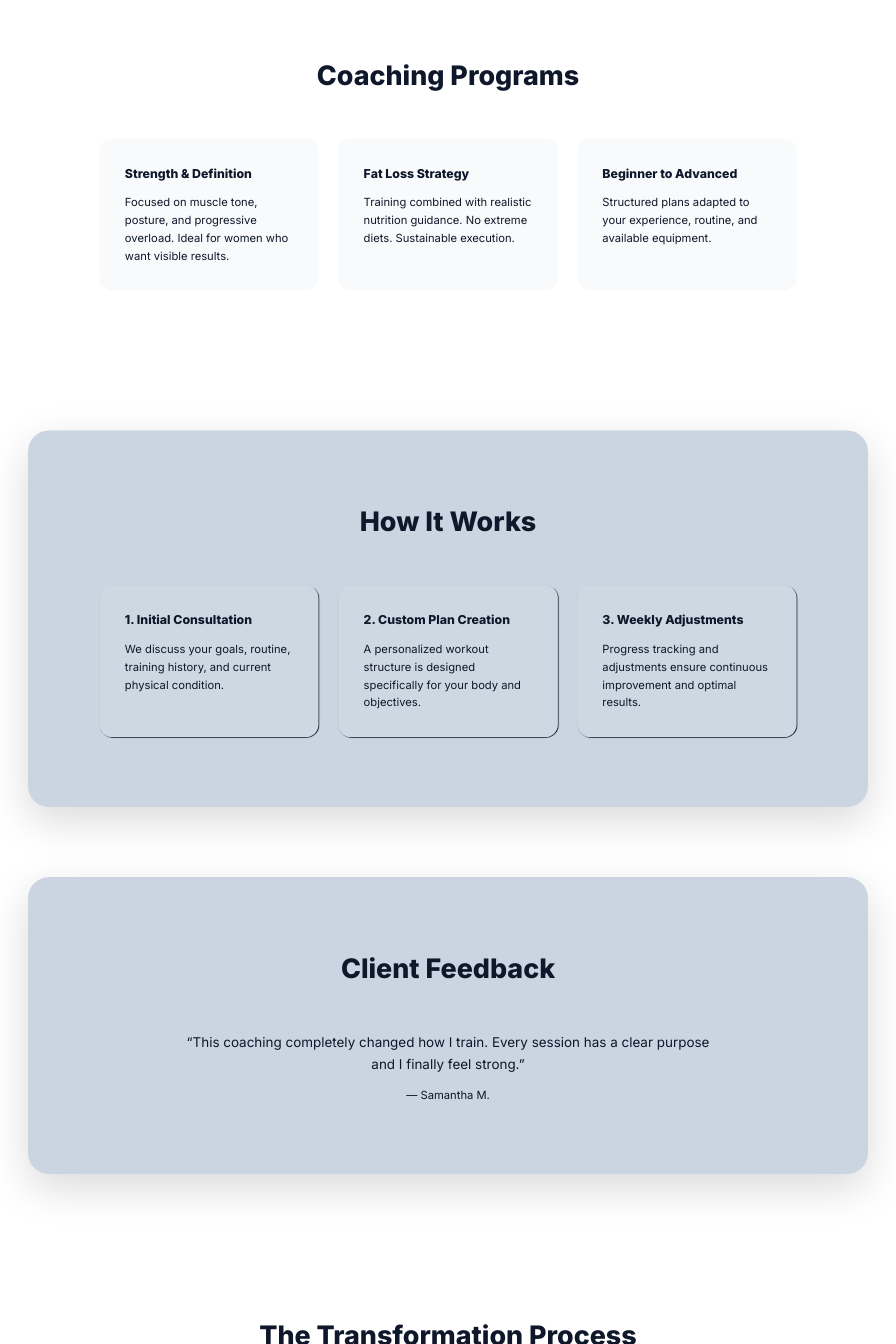
Repository: davidfsillva/Hailey-Reed-Coaching
Page: index.html
The author's editor kept a copy of each file at every save. The page is drawn from the files as they stood at one save, then again after the next save.
The browser window is 1280 px wide. The pictures show the part of the page from y = 1250 to 3170 px (the page is 5223 px tall), at 70% of full size.

Above is the page before, as saved 2026-02-11 18:26:30.

### index.html
<!DOCTYPE html>
<html lang="en">
<head>
  <meta charset="UTF-8" />
  <meta name="viewport" content="width=device-width, initial-scale=1.0" />
  <title>Personal Trainer | Online Coaching</title>
  <link rel="stylesheet" href="style.css" />
  <link rel="preconnect" href="https://fonts.googleapis.com">
  <link rel="preconnect" href="https://fonts.gstatic.com" crossorigin>
  <link href="https://fonts.googleapis.com/css2?family=Inter:wght@400;600;800&display=swap" rel="stylesheet">
</head>
<body>

<header class="hero">
  <nav class="nav">
    <h1 class="logo">Hailey Reed</h1>
    <div class="nav-links">
      <a href="#programs">Programs</a>
      <a href="#results">Results</a>
      <a href="#contact">Contact</a>
    </div>
  </nav>

  <img class="hero-img" src="img/Photoroom_20260211_45117 PM.png" alt="Trainer" />

  <div class="hero-gradient"></div>

  <div class="hero-content">
    <div class="hero-text">
      <h2 class="hero-title">
        Stronger.<br>
        Healthier.<br>
        Focused.
      </h2>
      <p>
        Evidence-based training designed for women who <br>
        want real strength, visible definition, and long-term <br>
        consistency — without wasting time.
      </p>
      <div class="cta-group">
        <a href="https://wa.me/5599999999999" target="_blank" class="btn primary">
          WhatsApp Consultation
        </a>
      </div>
    </div>

    <div class="hero-card">
      <span class="tag">Online Coaching</span>
      <h3>Personalized Training System</h3>
      <p>
        Custom workouts, progress tracking, weekly adjustments
        and direct communication with me.
      </p>
    </div>
  </div>
</header>

<!-- ABOUT SECTION -->
<section class="section">
  <h3>About Hailey</h3>
  <div class="testimonial">
    <p>
      With over 8 years of experience in strength training and female body
      recomposition, I specialize in helping women build confidence through
      structured and science-based training.
    </p>
    <p>
      My philosophy is simple: smart programming, proper execution,
      and long-term sustainability. No extremes. Just real results.
    </p>
  </div>
</section>

<section id="programs" class="section">
  <h3>Coaching Programs</h3>

  <div class="cards">
    <div class="card">
      <h4>Strength & Definition</h4>
      <p>
        Focused on muscle tone, posture, and progressive overload.
        Ideal for women who want visible results.
      </p>
    </div>

    <div class="card">
      <h4>Fat Loss Strategy</h4>
      <p>
        Training combined with realistic nutrition guidance.
        No extreme diets. Sustainable execution.
      </p>
    </div>

    <div class="card">
      <h4>Beginner to Advanced</h4>
      <p>
        Structured plans adapted to your experience, routine,
        and available equipment.
      </p>
    </div>
  </div>
</section>

<!-- HOW IT WORKS -->
<section class="section dark">
  <h3>How It Works</h3>

  <div class="cards">
    <div class="card">
      <h4>1. Initial Consultation</h4>
      <p>
        We discuss your goals, routine, training history,
        and current physical condition.
      </p>
    </div>

    <div class="card">
      <h4>2. Custom Plan Creation</h4>
      <p>
        A personalized workout structure is designed
        specifically for your body and objectives.
      </p>
    </div>

    <div class="card">
      <h4>3. Weekly Adjustments</h4>
      <p>
        Progress tracking and adjustments ensure continuous
        improvement and optimal results.
      </p>
    </div>
  </div>
</section>

<section id="results" class="section dark">
  <h3>Client Feedback</h3>

  <div class="testimonial">
    <p>
      “This coaching completely changed how I train.
      Every session has a clear purpose and I finally feel strong.”
    </p>
    <span>— Samantha M.</span>
  </div>
</section>

<!-- TRANSFORMATION PROCESS -->
<section class="section">
  <h3>The Transformation Process</h3>

  <div class="testimonial">
    <p>
      Sustainable transformation is not about intensity —
      it's about consistency.
    </p>
    <p>
      Through progressive overload, intelligent recovery,
      and realistic nutrition, we create measurable and lasting results.
    </p>
  </div>
</section>

<!-- FAQ -->
<section class="section">
  <h3>Frequently Asked Questions</h3>

  <div class="cards">
    <div class="card">
      <h4>Do I need gym access?</h4>
      <p>
        Not necessarily. Programs can be adapted for home training
        with minimal equipment.
      </p>
    </div>

    <div class="card">
      <h4>Is nutrition included?</h4>
      <p>
        Yes. You receive structured guidance focused on sustainable habits,
        not restrictive diets.
      </p>
    </div>

    <div class="card">
      <h4>How long until I see results?</h4>
      <p>
        Most clients notice strength improvements within weeks
        and visible body changes within 8–12 weeks.
      </p>
    </div>
  </div>
</section>

<section id="contact" class="section">
  <h3>Start Your Training</h3>
  <p class="contact-text">
    If you’re serious about improving your body composition
    and performance, let’s talk.
  </p>

  <div class="cta-group center">
    <a href="https://wa.me/5599999999999" target="_blank" class="btn primary">
      Message on WhatsApp
    </a>
    <a href="https://instagram.com/seuinstagram" target="_blank" class="btn secondary">
      Visit Instagram
    </a>
  </div>
</section>

<!-- FINAL CTA SECTION -->
<section class="section dark">
  <div class="testimonial">
    <h3>Ready to Transform?</h3>
    <p>
      Your strongest, healthiest version starts with a decision.
      Let’s build it together.
    </p>
    <div class="cta-group center">
      <a href="https://wa.me/5599999999999" target="_blank" class="btn primary">
        Apply for Coaching
      </a>
    </div>
  </div>
</section>

<footer class="footer">
  <p>© 2026 FitFlow Coaching. All rights reserved.</p>
</footer>

<script src="script.js"></script>
</body>
</html>

### style.css
:root {
  --pink: #f07aa5;
  --blue: #2e8bc0;
  --dark: #0f172a;
  --light: #ffffff;
  --muted: #cbd5e1;
}

/* ================= RESET ================= */
* {
  margin: 0;
  padding: 0;
  box-sizing: border-box;
  font-family: 'Inter', sans-serif;
}

body {
  background: var(--light);
  color: var(--dark);
  line-height: 1.6;
}

/* ================= HERO ================= */
.hero {
  position: relative;
  min-height: 100vh;
  padding: 32px 8%;
  color: white;
  overflow: hidden;
}

/* IMAGEM */
.hero-img {
  position: absolute;
  top: 50%;
  left: 50%;
  transform: translate(-50%, -50%);
  width: 60%;
  max-width: 500px;
  height: auto;
  z-index: 2;
}

/* GRADIENTE */
.hero-gradient {
  position: absolute;
  inset: 0;
  background: linear-gradient(
    120deg,
    rgba(240,122,165,0.85),
    rgba(46,139,192,0.85)
  );
  z-index: 1;
}

/* CONTEÚDO */
.hero-content {
  position: relative;
  z-index: 5;
}

/* TEXTO */
.hero-text {
  display: flex;
  flex-direction: column;
  justify-content: center;
  height: 85vh;
  max-width: 550px;
}

.hero-title {
  font-size: clamp(2.8rem, 5vw, 4.5rem);
  line-height: 1.05;
  margin-bottom: 24px;
}

.hero-text p {
  max-width: 480px;
  font-size: 1rem;
  color: #f1f5f9;
}

/* BLUR INFERIOR */
.hero::after {
  content: "";
  position: absolute;
  bottom: 0;
  left: 0;
  width: 100%;
  height: 120px;
  backdrop-filter: blur(6px);
  -webkit-backdrop-filter: blur(6px);
  mask-image: linear-gradient(to top, black 40%, transparent 100%);
  pointer-events: none;
  z-index: 3;
}

/* ================= BOTÕES ================= */
.cta-group {
  display: flex;
  gap: 16px;
  margin-top: 32px;
  flex-wrap: wrap;
}

.btn {
  padding: 14px 26px;
  border-radius: 999px;
  font-weight: 600;
  text-decoration: none;
  transition: 0.3s ease;
  display: inline-block;
}

.btn.primary {
  background: linear-gradient(120deg, var(--pink), var(--blue));
  color: white;
  background-size: 200% 200%;
  transition: all 0.4s ease;
}

.btn.primary:hover {
  background-position: right center;
  transform: translateY(-4px);
  box-shadow: 0 10px 25px rgba(240,122,165,0.3);
}

.btn.secondary {
  background: transparent;
  color: var(--dark);
  border: 1px solid var(--dark);
  transition: all 0.3s ease;
}

.btn.secondary:hover {
background: linear-gradient(120deg, var(--pink), var(--blue));  color: white;
  transform: translateY(-3px);
}


/* ================= HERO CARD ================= */
.hero-card {
  position: absolute;
  top: 42%;
  right: 8%;
  width: 300px;
  background: rgba(255,255,255,0.15);
  backdrop-filter: blur(18px);
  padding: 32px;
  border-radius: 20px;
  z-index: 4;
}

.hero-card {
  position: absolute;
  top: 42%;
  right: 3%;
  width: 300px;
}



.hero-card h3 {
  margin: 12px 0;
}

/* ================= NAVBAR ================= */
.nav {
  position: relative;
  z-index: 10;
  display: flex;
  justify-content: space-between;
  align-items: center;
}

.logo {
  font-weight: 800;
  font-size: 1.4rem;
}

.nav-links a {
  position: relative;
  color: white;
  margin-left: 24px;
  text-decoration: none;
  font-weight: 500;
  padding-bottom: 4px;
}

.nav-links a::after {
  content: "";
  position: absolute;
  left: 0;
  bottom: 0;
  width: 0%;
  height: 2px;
  background: white;
  transition: width 0.3s ease;
}

.nav-links a:hover::after {
  width: 100%;
}

/* ================= SECTIONS ================= */
.section {
  padding: 100px 8%;
  max-width: 1200px;
  margin: auto;
}

.section h3 {
  font-size: 2.4rem;
  margin-bottom: 60px;
  text-align: center;
}

.cards {
  display: grid;
  grid-template-columns: repeat(auto-fit, minmax(260px, 1fr));
  gap: 28px;
}

.card {
  background: #f8fafc;
  padding: 36px;
  border-radius: 18px;
  transition: 0.3s ease;
}

.card:hover {
  transform: translateY(-6px);
}

.card h4 {
  margin-bottom: 14px;
  font-size: 1.1rem;
}

/* ================= DARK SECTIONS ================= */
.dark {
  background: var(--muted);
  border-radius: 30px;
  color: var(--dark);
  margin: 100px auto;
  padding: 100px 8%;
  box-shadow: 0 20px 60px rgba(0,0,0,0.15);
}


.dark .card {
  background: rgba(255,255,255,0.06);
  color: var(--dark);
  box-shadow: 1px 1px 1px;
}

.dark .card:hover {
  background: rgba(255,255,255,0.1);
}

/* ================= TESTIMONIAL ================= */
.testimonial {
  max-width: 750px;
  margin: auto;
  text-align: center;
}

.testimonial p {
  font-size: 1.2rem;
  margin-bottom: 16px;
}

.contact-text {
  text-align: center;
  max-width: 520px;
  margin: 0 auto 32px;
}

.center {
  justify-content: center;
}

/* ================= FOOTER ================= */
.footer {
  padding: 32px;
  text-align: center;
  background: #020617;
  color: var(--muted);
  font-size: 0.85rem;
}

/* ================= RESPONSIVE ================= */
@media (max-width: 1024px) {

  .hero-card {
    position: relative;
    top: unset;
    right: unset;
    margin-top: 40px;
    width: 100%;
    max-width: 400px;
  }

  .hero-text {
    height: auto;
    text-align: center;
    margin-top: 80px;
  }

  .hero-text p {
    margin: auto;
  }

  .hero-img {
    width: 75%;
  }
}

@media (max-width: 768px) {

  .nav {
    flex-direction: column;
    gap: 16px;
  }

  .nav-links a {
    margin-left: 0;
  }

  .hero-img {
    width: 90%;
  }

  .hero-title {
    font-size: 2.4rem;
  }

  .section {
    padding: 80px 6%;
  }
}

@media (max-width: 480px) {

  .hero {
    padding: 24px 6%;
  }

  .btn {
    width: 100%;
    text-align: center;
  }

  .cta-group {
    flex-direction: column;
  }
}

### script.js
// ===============================
// SMOOTH SCROLL
// ===============================
document.querySelectorAll('a[href^="#"]').forEach(anchor => {
  anchor.addEventListener('click', function (e) {
    e.preventDefault();
    document.querySelector(this.getAttribute('href'))
      .scrollIntoView({ behavior: 'smooth' });
  });
});


// ===============================
// NAVBAR SCROLL EFFECT
// ===============================
const nav = document.querySelector(".nav");

window.addEventListener("scroll", () => {
  if (window.scrollY > 50) {
    nav.style.background = "rgba(15, 23, 42, 0.85)";
    nav.style.backdropFilter = "blur(10px)";
    nav.style.padding = "16px 8%";
    nav.style.transition = "0.3s ease";
  } else {
    nav.style.background = "transparent";
    nav.style.backdropFilter = "none";
    nav.style.padding = "0";
  }
});


// ===============================
// SCROLL REVEAL EFFECT
// ===============================
const revealElements = document.querySelectorAll(".section, .card, .testimonial");

const revealOnScroll = () => {
  const triggerBottom = window.innerHeight * 0.85;

  revealElements.forEach(el => {
    const elementTop = el.getBoundingClientRect().top;

    if (elementTop < triggerBottom) {
      el.style.opacity = "1";
      el.style.transform = "translateY(0)";
    }
  });
};

// Estado inicial
revealElements.forEach(el => {
  el.style.opacity = "0";
  el.style.transform = "translateY(40px)";
  el.style.transition = "all 0.8s ease";
});

window.addEventListener("scroll", revealOnScroll);
window.addEventListener("load", revealOnScroll);


// ===============================
// HERO IMAGE PARALLAX
// ===============================
const heroImg = document.querySelector(".hero-img");

window.addEventListener("scroll", () => {
  let scrollPosition = window.scrollY;
  heroImg.style.transform = `translate(-50%, calc(-50% + ${scrollPosition * 0.15}px))`;
});


// ===============================
// BUTTON FADE-IN ON LOAD
// ===============================
window.addEventListener("load", () => {
  const buttons = document.querySelectorAll(".btn");

  buttons.forEach((btn, index) => {
    btn.style.opacity = "0";
    btn.style.transform = "translateY(20px)";
    btn.style.transition = "all 0.6s ease";

    setTimeout(() => {
      btn.style.opacity = "1";
      btn.style.transform = "translateY(0)";
    }, 400 + index * 200);
  });
});


// ===============================
// CARD HOVER GLOW EFFECT
// ===============================
const cards = document.querySelectorAll(".card");

cards.forEach(card => {
  card.addEventListener("mousemove", (e) => {
    const rect = card.getBoundingClientRect();
    const x = e.clientX - rect.left;
    const y = e.clientY - rect.top;

    card.style.background = `
      radial-gradient(circle at ${x}px ${y}px,
      rgba(240,122,165,0.15),
      rgba(255,255,255,0.03))
    `;
  });

  card.addEventListener("mouseleave", () => {
    card.style.background = "";
  });
});

After the next save:
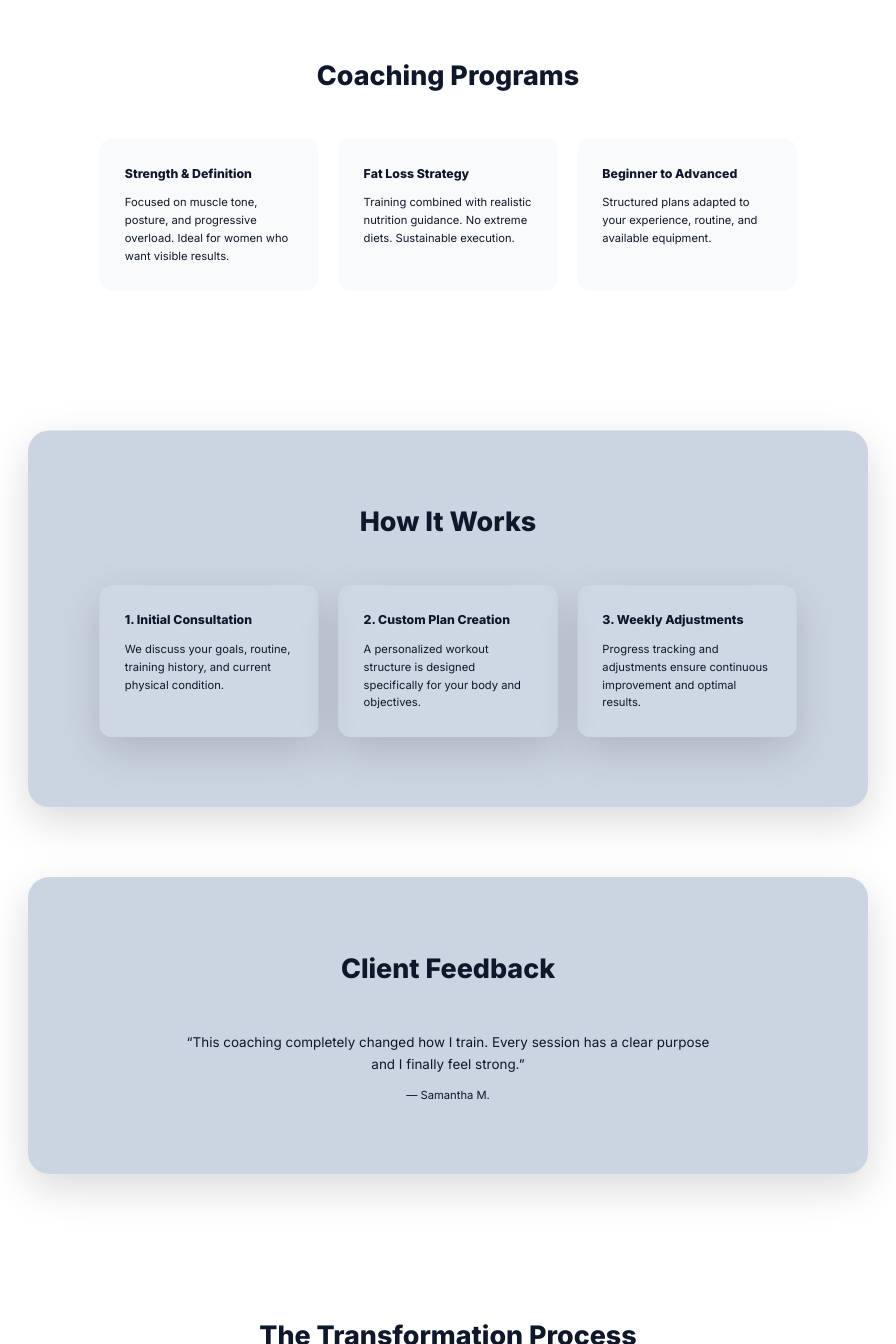
Saved 41 s later.
--- a/style.css
+++ b/style.css
@@ -251,7 +251,7 @@ background: linear-gradient(120deg, var(--pink), var(--blue));  color: white;
 .dark .card {
   background: rgba(255,255,255,0.06);
   color: var(--dark);
-  box-shadow: 1px 1px 1px;
+  box-shadow: 0 20px 60px rgba(0,0,0,0.15);
 }
 
 .dark .card:hover {
